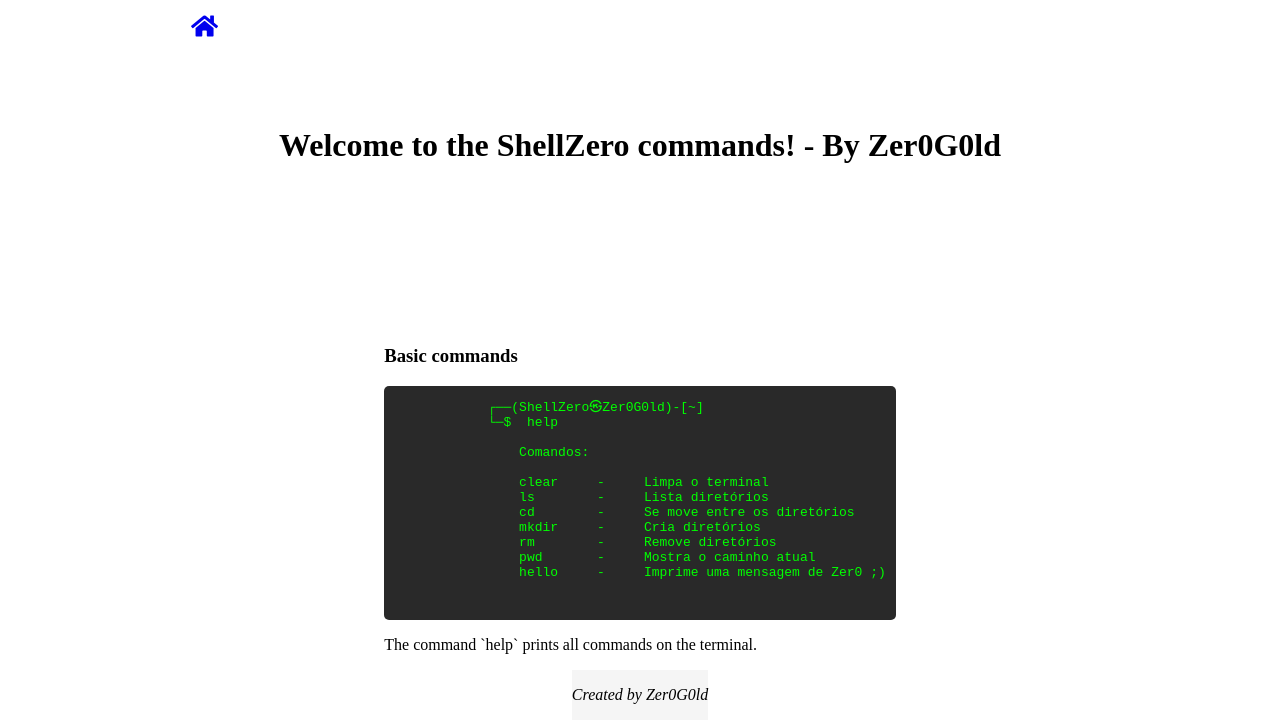
Repository: Zer0G0ld/ShellZer0
Page: site/commands.html
These files come from the project's save history. The page is drawn as it stood at one moment and after the next save; the edit follows.
The browser window is 1280 px wide. The pictures show the whole page.

Above is the page before, as saved 2023-08-14 15:31:57.

### site/commands.html
<!DOCTYPE html>
<html lang="en">
<head>
    <meta charset="UTF-8">
    <meta name="viewport" content="width=device-width, initial-scale=1.0">
    <link rel="stylesheet" type="text/css" href="styleCommands.css">
    <link rel="stylesheet" href="https://cdnjs.cloudflare.com/ajax/libs/font-awesome/5.15.3/css/all.min.css">
    <title>Commands</title>
</head>
<body>
    <a class="material-symbols-outlined" href="index.html"></a>
    <header>
        <h1>Welcome to the ShellZero commands! - By Zer0G0ld</h1>
        <br><br>
    </header>
    <section>
        <h3>Basic commands</h3>
        <pre>
            <kbd>┌──(ShellZero㉿Zer0G0ld)-[~]</kbd>
            <kbd>└─$  help</kbd>

                Comandos:

                clear     -     Limpa o terminal
                ls        -     Lista diretórios
                cd        -     Se move entre os diretórios
                mkdir     -     Cria diretórios
                rm        -     Remove diretórios
                pwd       -     Mostra o caminho atual
                hello     -     Imprime uma mensagem de Zer0 ;)

        </pre>

        <p>The command `help` prints all commands on the terminal.</p>
    </section>

    <footer><p>Created by Zer0G0ld</p></footer>
</body>
</html>

### site/styleCommands.css
@import url('https://fonts.googleapis.com/css2?family=Noto+Sans&display=swap');

body, header {
    background: white;
    color: black;
    margin: 0;
    display: flex;
    justify-content: center;
    align-items: center;
    height: 100vh;
    flex-direction: column;
}

.material-symbols-outlined {
    text-decoration: none; /* Remove a sublinhado padrão dos links */
    display: inline-block; /* Permite definir largura e altura */
    padding-right: 20px; /* Espaço entre o texto do link e o ícone */
    position: relative; /* Necessário para posicionar o ícone corretamente */
}

.material-symbols-outlined:after {
    font-family: "Font Awesome 5 Free";
    font-weight: 800;
    content: "\f015"; /* Ícone de casa do FontAwesome */
    font-size: 24px; /* Ajuste o tamanho do ícone conforme necessário */
    position: absolute;
    right: 60vh; /* Posiciona o ícone à direita */
    top: 50%; /* Centraliza verticalmente */
    transform: translateY(50%); /* Centraliza verticalmente */
}


pre {
    background-color: #292929;
    color: #00FF00;
    padding: 10px;
    border-radius: 5px;
    white-space: pre-wrap;
    font-family: monospace;
}

pre p {
    margin: 0;
    color: #FFFFFF;
}

footer {
    background: whitesmoke;
    font-style: italic;
    color: black;
}

After the next save:
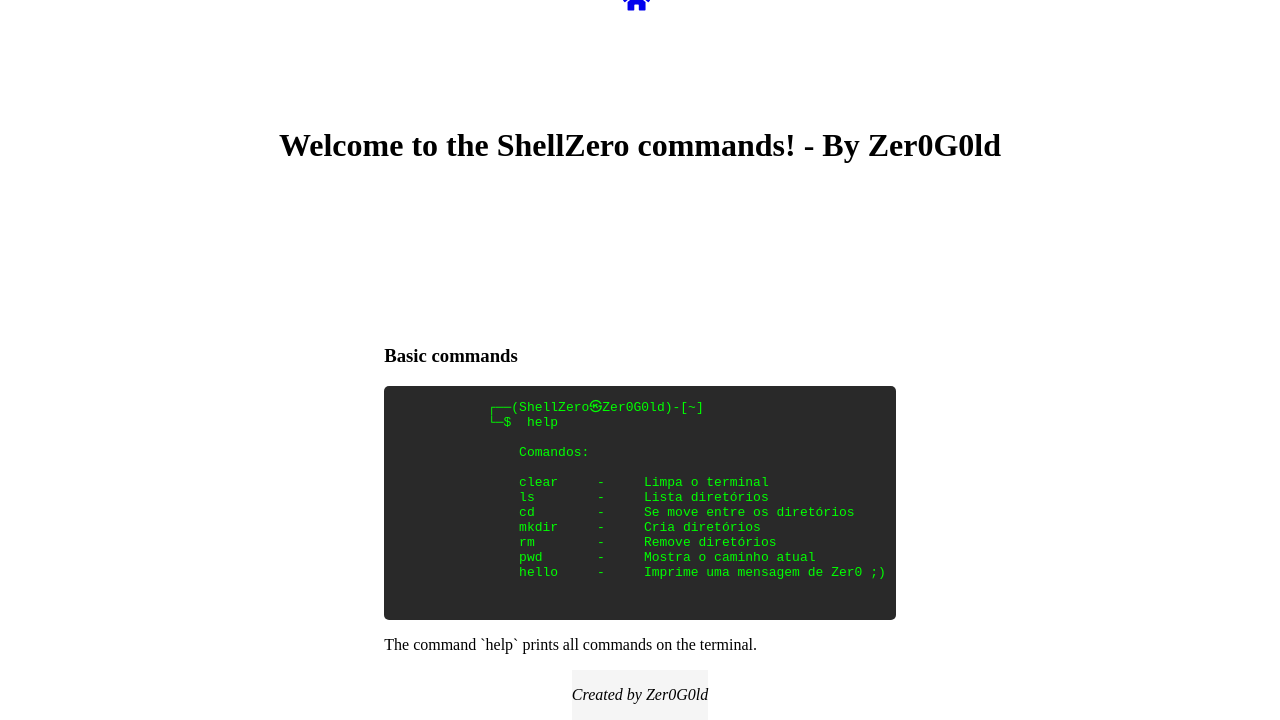
Saved 9 min 9 s later.
--- a/site/styleCommands.css
+++ b/site/styleCommands.css
@@ -20,13 +20,13 @@ body, header {
 
 .material-symbols-outlined:after {
     font-family: "Font Awesome 5 Free";
-    font-weight: 800;
+    font-weight: 900;
     content: "\f015"; /* Ícone de casa do FontAwesome */
     font-size: 24px; /* Ajuste o tamanho do ícone conforme necessário */
     position: absolute;
-    right: 60vh; /* Posiciona o ícone à direita */
+    right: 0; /* Posiciona o ícone à direita */
     top: 50%; /* Centraliza verticalmente */
-    transform: translateY(50%); /* Centraliza verticalmente */
+    transform: translateY(-50%); /* Centraliza verticalmente */
 }
 
 
